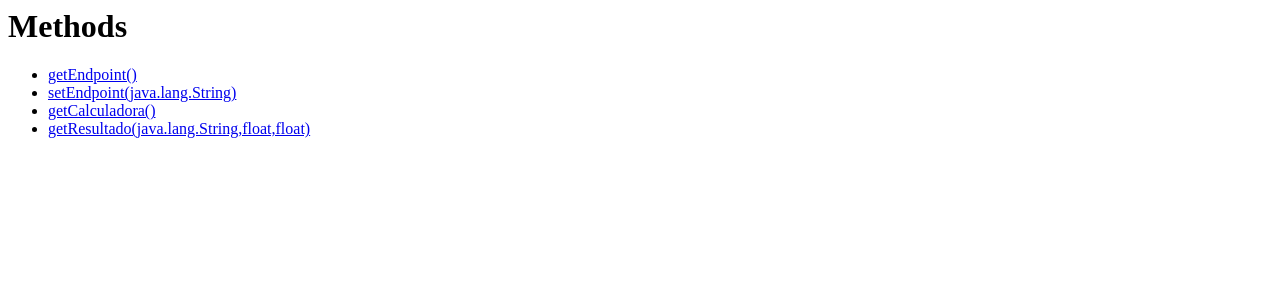
Repository: Neimarmg/WebServices
Page: http://localhost/wsmatematicaClient/sampleCalculadoraProxy/Method.jsp
The author's editor kept a copy of each file at every save. The page is drawn from the files as they stood at one save, then again after the next save.
The browser window is 1280 px wide. The pictures show the whole page.
The page is served by Tomcat 9. Other server files are loaded and not shown.

Above is the page before, as saved 2016-11-25 11:05:22.

### sv/wsmatematicaClient/WebContent/sampleCalculadoraProxy/Method.jsp
<%@page contentType="text/html;charset=UTF-8"%><HTML>
<HEAD>
<TITLE>Methods</TITLE>
</HEAD>
<BODY>
<H1>Methods</H1>
<UL>
<LI><A HREF="Input.jsp?method=2" TARGET="inputs"> getEndpoint()</A></LI>
<LI><A HREF="Input.jsp?method=5" TARGET="inputs"> setEndpoint(java.lang.String)</A></LI>
<LI><A HREF="Input.jsp?method=10" TARGET="inputs"> getCalculadora()</A></LI>
<LI><A HREF="Input.jsp?method=13" TARGET="inputs"> getResultado(java.lang.String,float,float)</A></LI>
</UL>
</BODY>
</HTML>

After the next save:
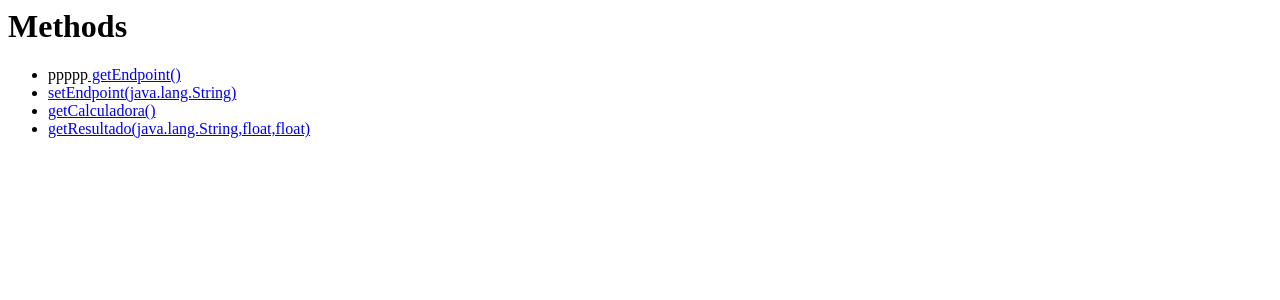
Saved 23 s later.
--- a/sv/wsmatematicaClient/WebContent/sampleCalculadoraProxy/Method.jsp
+++ b/sv/wsmatematicaClient/WebContent/sampleCalculadoraProxy/Method.jsp
@@ -5,7 +5,7 @@
 <BODY>
 <H1>Methods</H1>
 <UL>
-<LI><A HREF="Input.jsp?method=2" TARGET="inputs"> getEndpoint()</A></LI>
+<LI>ppppp<A HREF="Input.jsp?method=2" TARGET="inputs"> getEndpoint()</A></LI>
 <LI><A HREF="Input.jsp?method=5" TARGET="inputs"> setEndpoint(java.lang.String)</A></LI>
 <LI><A HREF="Input.jsp?method=10" TARGET="inputs"> getCalculadora()</A></LI>
 <LI><A HREF="Input.jsp?method=13" TARGET="inputs"> getResultado(java.lang.String,float,float)</A></LI>

After the save that followed:
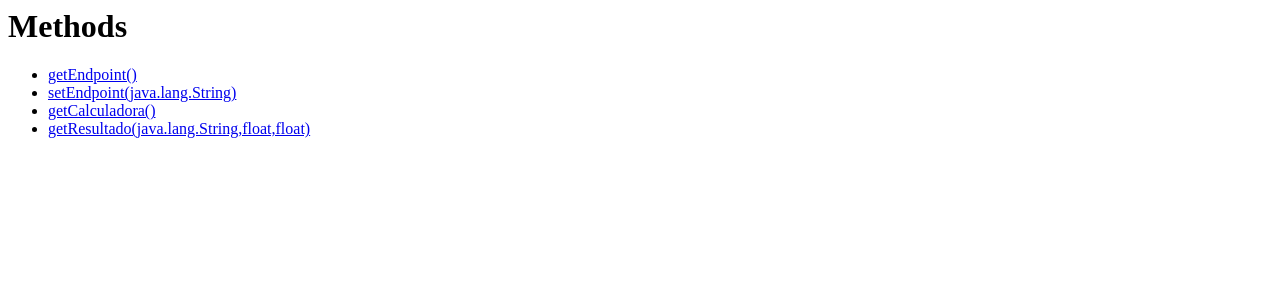
Saved 20 s later.
--- a/sv/wsmatematicaClient/WebContent/sampleCalculadoraProxy/Method.jsp
+++ b/sv/wsmatematicaClient/WebContent/sampleCalculadoraProxy/Method.jsp
@@ -5,7 +5,7 @@
 <BODY>
 <H1>Methods</H1>
 <UL>
-<LI>ppppp<A HREF="Input.jsp?method=2" TARGET="inputs"> getEndpoint()</A></LI>
+<LI><A HREF="Input.jsp?method=2" TARGET="inputs"> getEndpoint()</A></LI>
 <LI><A HREF="Input.jsp?method=5" TARGET="inputs"> setEndpoint(java.lang.String)</A></LI>
 <LI><A HREF="Input.jsp?method=10" TARGET="inputs"> getCalculadora()</A></LI>
 <LI><A HREF="Input.jsp?method=13" TARGET="inputs"> getResultado(java.lang.String,float,float)</A></LI>
